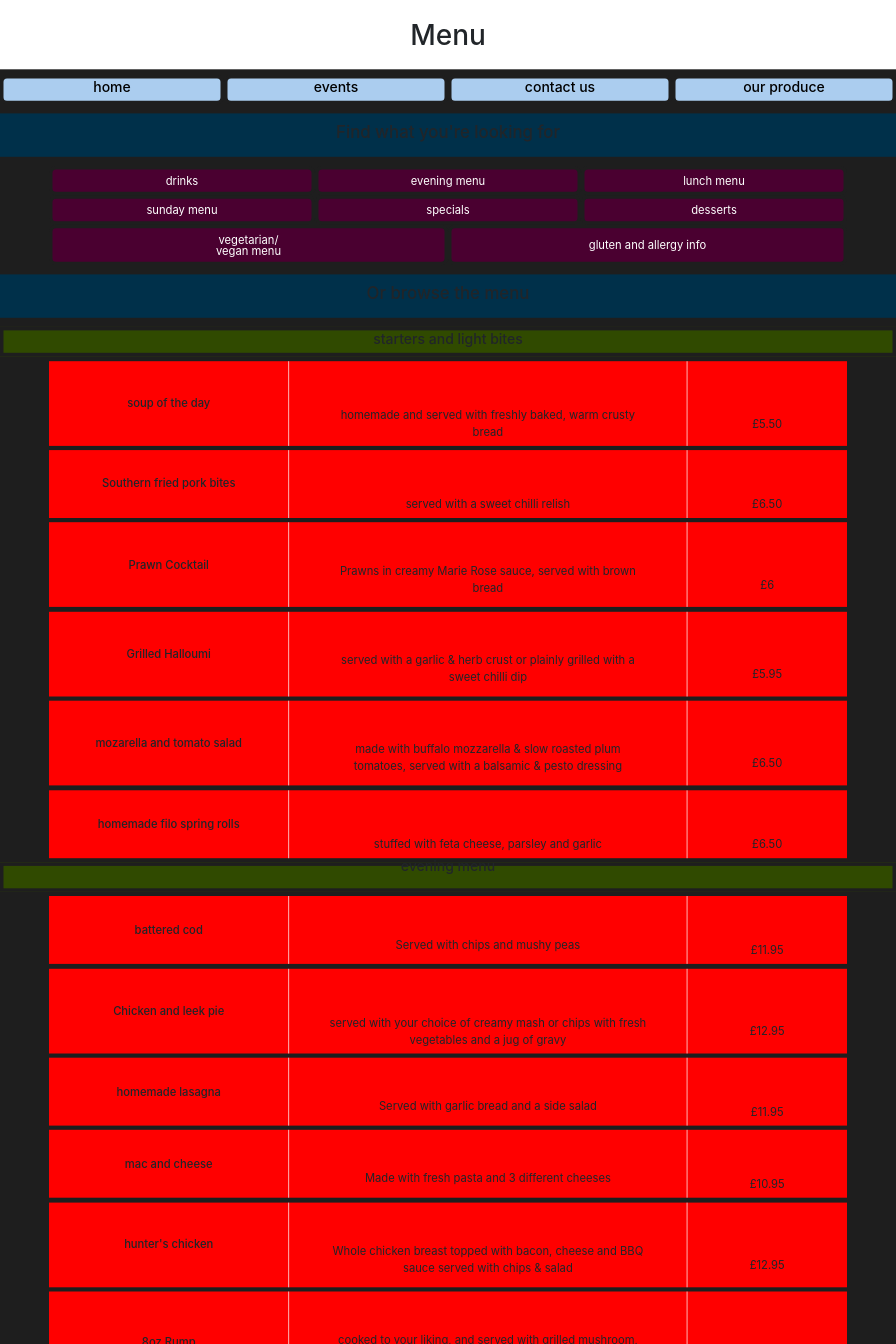
Repository: Code-Institute-Submissions/JamesLStudent-Milestone_One
Page: menu.html
The author's editor kept a record of every edit. The page is drawn from the files as they stood at one moment, then again after the next edit.
The browser window is 1280 px wide. The pictures show the part of the page from y = 0 to 1920 px (the page is 4010 px tall), at 70% of full size.

Above is the page before.
Console error: TypeError: Cannot read properties of undefined (reading 'fn')

After the next edit:
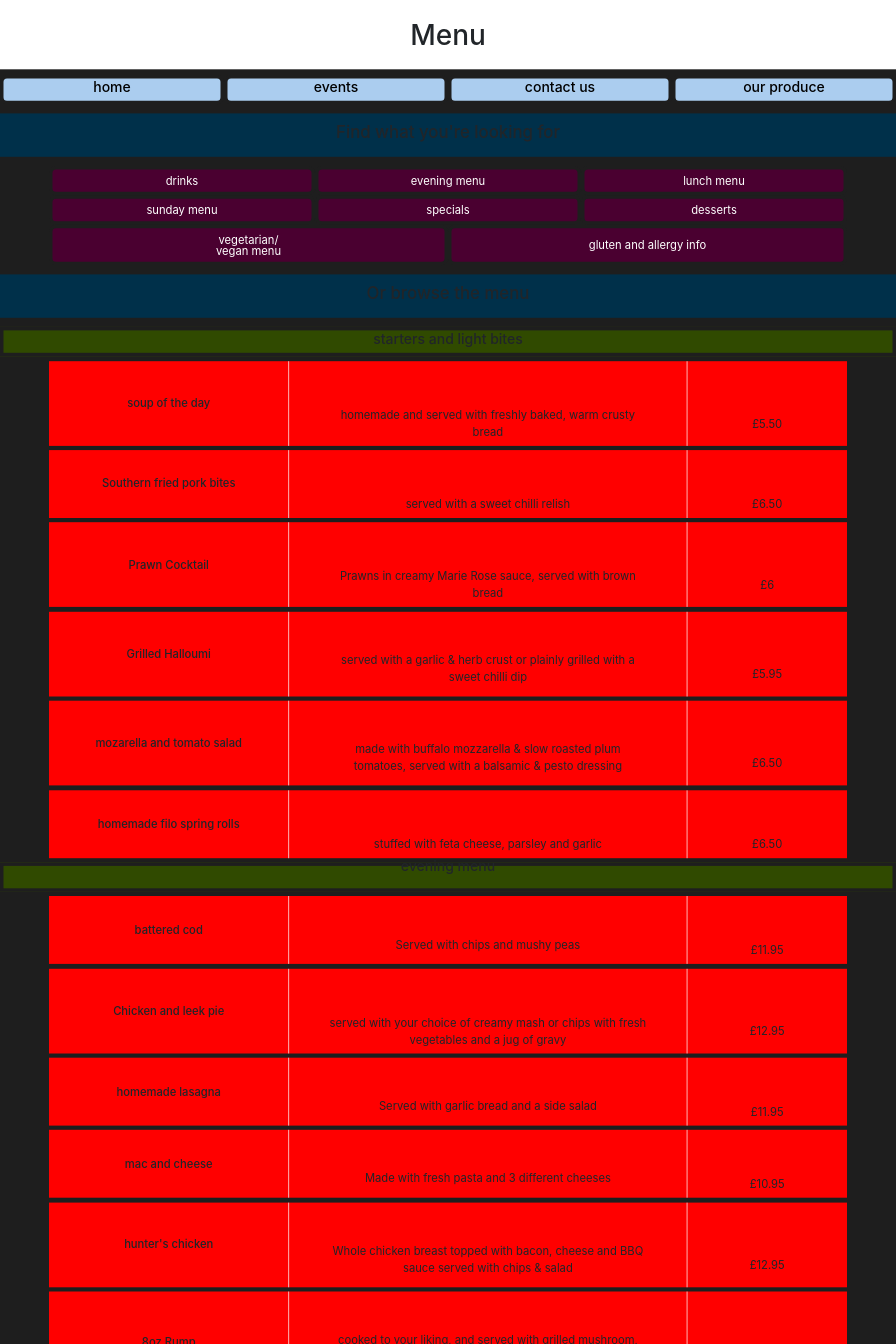
The edit:
--- a/menu.html
+++ b/menu.html
@@ -107,7 +107,7 @@
                     <h6 class="vert-align">Prawn Cocktail</h6>
                 </span>
                 <span class="food-desc">
-                    <p>Prawns in creamy Marie Rose sauce, served with brown bread</p>
+                    <p class="vert-align">Prawns in creamy Marie Rose sauce, served with brown bread</p>
                 </span>
                 <span class="food-cost">
                     <p class="vert-align">£6</p>
